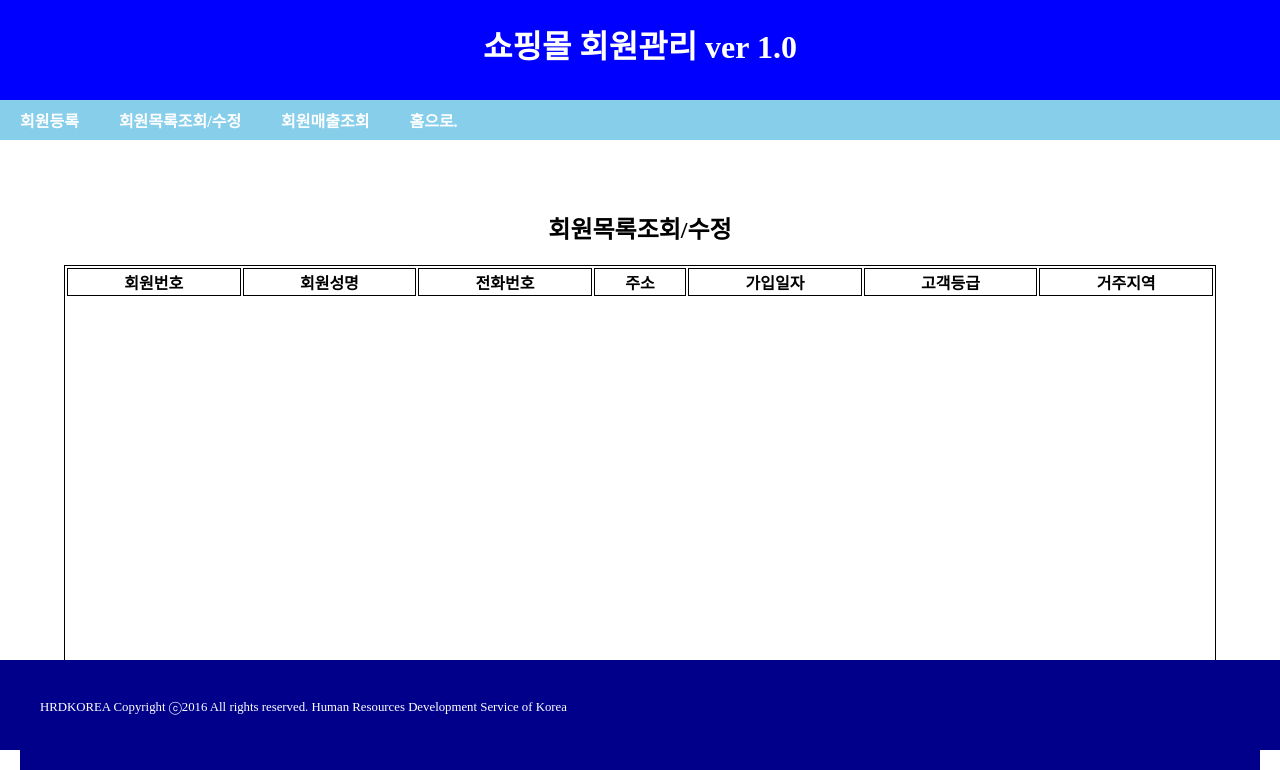
Repository: GotChun/DH_JSP
Page: http://localhost/HRD_1234/memberInfo.jsp
An editor plug-in stored every save of this project. The page is shown before and after the next save, followed by the edit.
The browser window is 1280 px wide. The pictures show the whole page.
The page is served by Tomcat 9.

Above is the page before, as saved 2024-10-25 02:16:35.

After the next save:
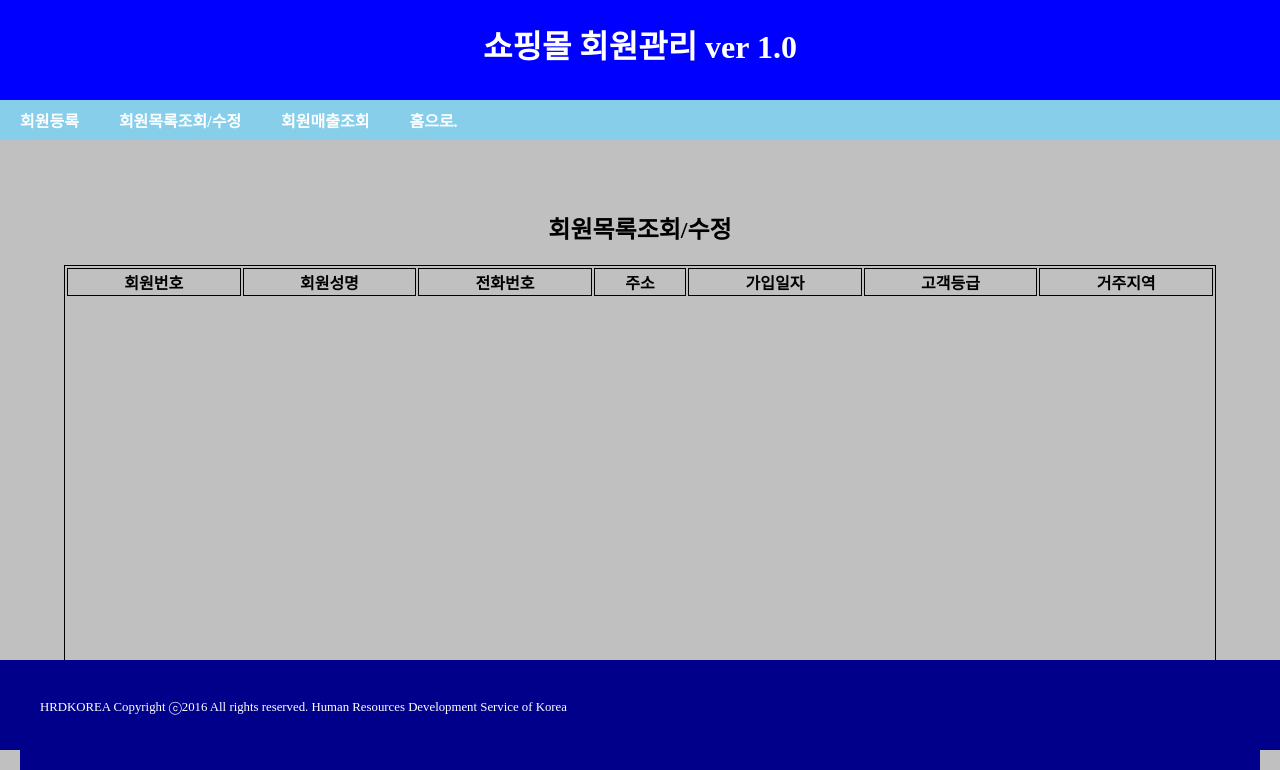
Saved 34 s later.
--- a/hrdkorea/HRD_1234/src/main/webapp/memberInfo.jsp
+++ b/hrdkorea/HRD_1234/src/main/webapp/memberInfo.jsp
@@ -6,7 +6,7 @@
 <meta charset="UTF-8">
 <title>Insert title here</title>
 <style>
-	body{margin:0;padding:0;}
+	body{margin:0;padding:0;background-color:silver;}
 
 	section{height:calc(100vh - 250px);}
 
